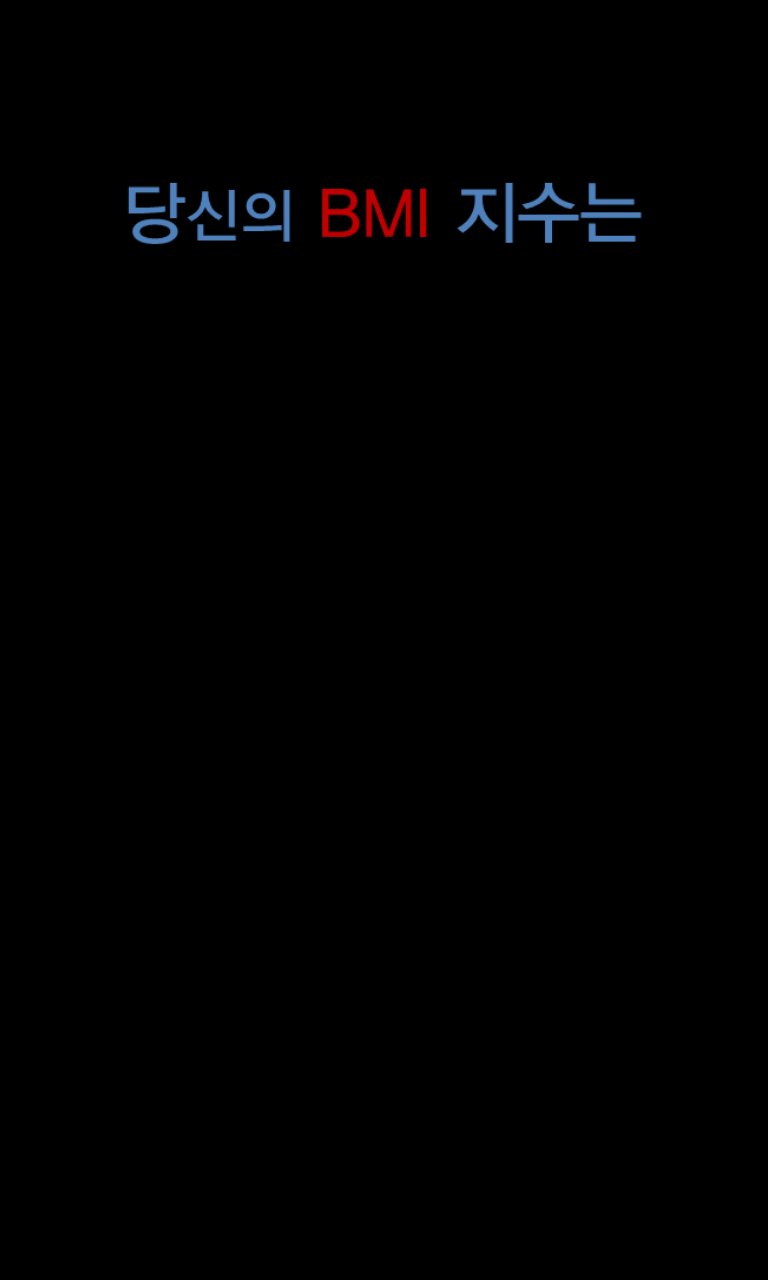
Repository: LewisLim579/2013TeamProject
Layout: PtsApp/res/layout/bmiresult.xml
These files come from the project's save history. The layout is drawn as it stood at one moment and after the next save; the edit follows.
It is drawn on a 768 x 1280 px phone screen (xhdpi) without system bars, with theme android:Theme.NoTitleBar.Fullscreen; the app's code is not run.

Above is the layout before, as saved 2013-05-23 05:00:40.

### PtsApp/res/layout/bmiresult.xml
<LinearLayout xmlns:android="http://schemas.android.com/apk/res/android"
    android:layout_width="fill_parent"
    android:layout_height="fill_parent"
    android:background="@drawable/back"
    android:background="@#000000"
    android:orientation="vertical" >

    <ImageView
        android:id="@+id/imageView1"
        android:layout_width="wrap_content"
        android:layout_height="57dp"
        android:src="@drawable/youbmi"
        android:layout_marginTop="75dp"
        android:layout_gravity="center" />

</LinearLayout>

After the next save:
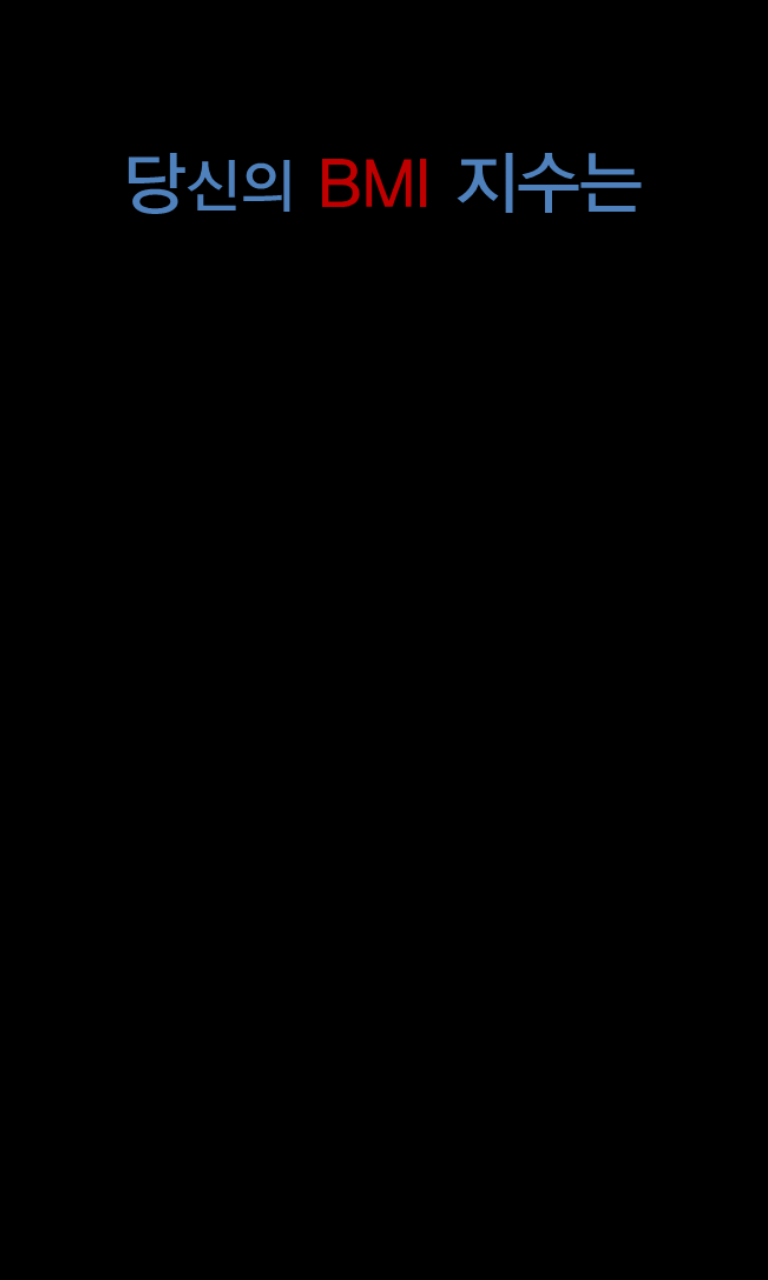
Saved 60 s later.
--- a/PtsApp/res/layout/bmiresult.xml
+++ b/PtsApp/res/layout/bmiresult.xml
@@ -1,8 +1,7 @@
 <LinearLayout xmlns:android="http://schemas.android.com/apk/res/android"
     android:layout_width="fill_parent"
     android:layout_height="fill_parent"
-    android:background="@drawable/back"
-    android:background="@#000000"
+    android:background="@#00000000"
     android:orientation="vertical" >
 
     <ImageView
@@ -10,7 +9,7 @@
         android:layout_width="wrap_content"
         android:layout_height="57dp"
         android:src="@drawable/youbmi"
-        android:layout_marginTop="75dp"
+        android:layout_marginTop="60dp"
         android:layout_gravity="center" />
 
 </LinearLayout>
